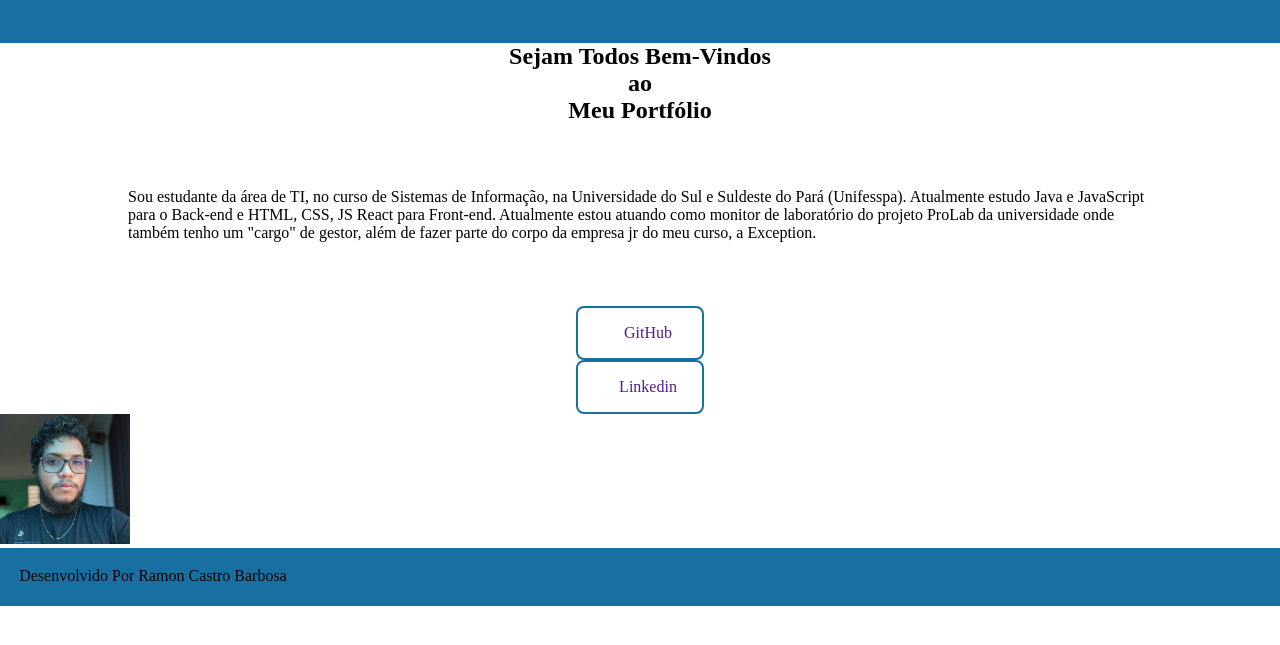
Repository: ramoncbarbosa/Web1_Atividade2
Page: index.html
An editor plug-in stored every save of this project. The page is shown before and after a run of saves, followed by the edit.
The browser window is 1280 px wide. The pictures show the whole page.

Above is the page before, as saved 2023-06-10 15:38:31.

After the next 2 saves:
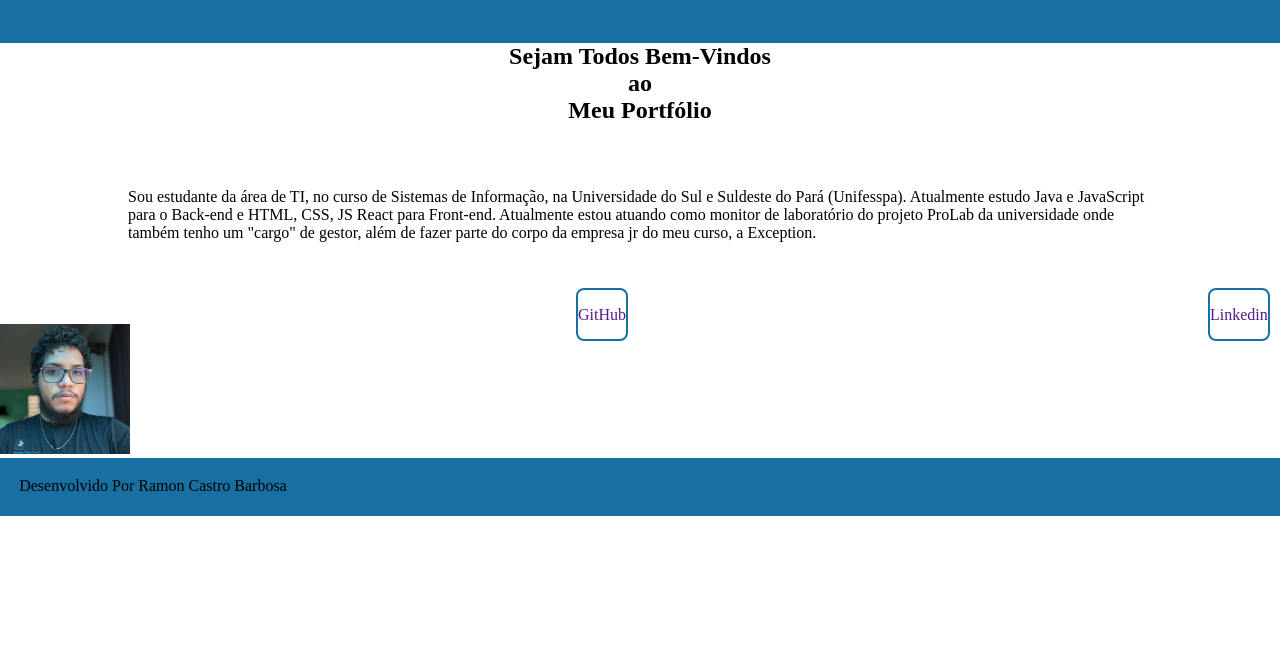
The 2 saves are shown as one change because they came seconds apart.
The last was saved 12 s later.
--- a/styles/styles.css
+++ b/styles/styles.css
@@ -51,7 +51,7 @@
 
     margin-left: 45%;
 
-    display: flex;
+    display:
     align-items: center;
     justify-content: center;
     flex-wrap: nowrap;

After the 2 saves that followed:
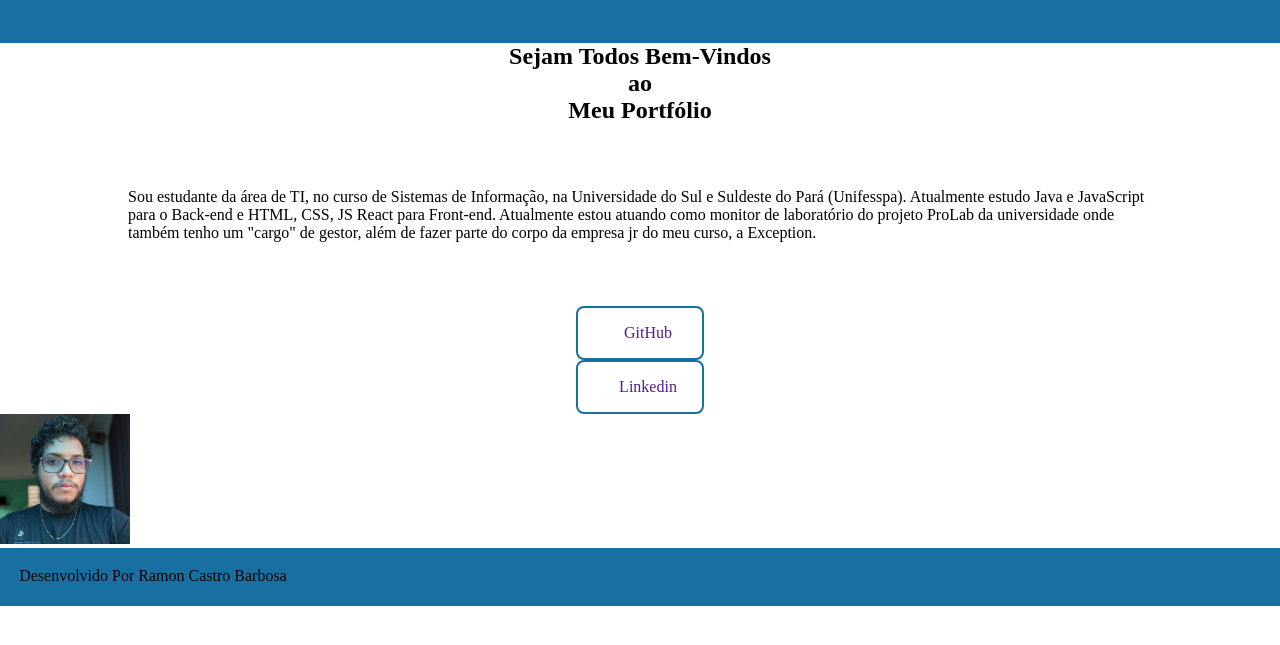
The 2 saves are shown as one change because 1 left the picture as it was.
The last was saved 8 s later.
--- a/styles/styles.css
+++ b/styles/styles.css
@@ -51,7 +51,7 @@
 
     margin-left: 45%;
 
-    display:
+    display:inline-flex;
     align-items: center;
     justify-content: center;
     flex-wrap: nowrap;
